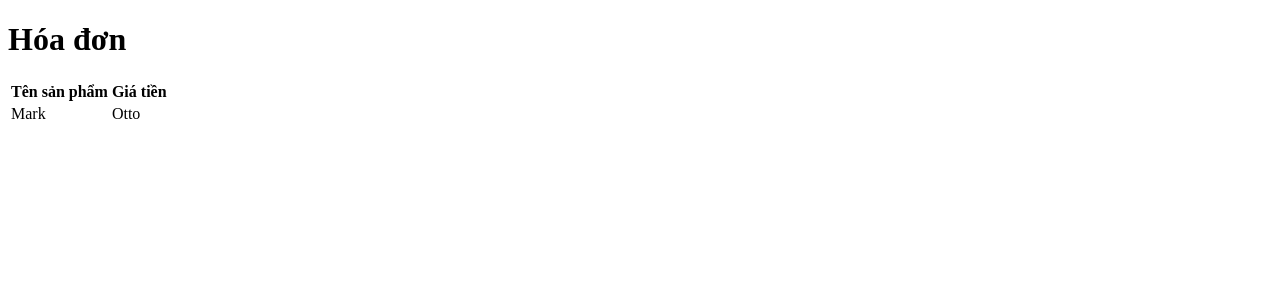
Repository: wuubangdev/bookstore-servlet-jsp
Page: http://localhost/Bai20_JSPCoban_TrangMuaHang/datMuaMayTinh.jsp
The author's editor kept a copy of each file at every save. The page is drawn from the files as they stood at one save, then again after the next save.
The browser window is 1280 px wide. The pictures show the whole page.
The page is served by Tomcat 9.

Above is the page before, as saved 2024-03-19 03:33:15.

### Bai20_JSPCoban_TrangMuaHang/src/main/webapp/datMuaMayTinh.jsp
<%@ page language="java" contentType="text/html; charset=UTF-8"
    pageEncoding="UTF-8"%>
<!DOCTYPE html>
<html>
<head>
<meta charset="UTF-8">
<title>Dat Mua May Tinh</title>
</head>
<body>
	<%
		String processor = request.getParameter("processor");
		String ram = request.getParameter("ram");
		String monitor = request.getParameter("monitor");
		String[] accessories = request.getParameterValues("accessories");

		double totalPrice = 0;
		double processorPrice = 0;
		double ramPrice = 0;
		double monitorPrice = 0;
		double accessoriesPrice = 0;

		if (processor!=null) {
			if(processor.equals("corei9")) {
				processorPrice += 200;
			} else if(processor.equals("corei7")) {
				processorPrice += 150;
			} else if(processor.equals("corei5")) {
				processorPrice += 100;
			} else if(processor.equals("corei3")) {
				processorPrice += 50;
			}
		}

		if (ram!=null) {
			if(ram.equals("8G")) {
				ramPrice += 15;
			} else if(ram.equals("16G")) {
				ramPrice += 30;
			} else if(ram.equals("32G")) {
				ramPrice += 45;
			}
		}

		if (ram!=null) {
			if(ram.equals("24i")) {
				monitorPrice += 120;
			} else if(ram.equals("27i")) {
				monitorPrice += 180;
			} else if(ram.equals("32i")) {
				monitorPrice += 240;
			}
		}

		if(accessories!=null) {
			for (String chooses: accessories) {
				if(chooses.equals("1")) {
					accessoriesPrice += 80;
				}
				if(chooses.equals("2")) {
					accessoriesPrice += 250;
				}
				if(chooses.equals("3")) {
					accessoriesPrice += 180;
				}
				if(chooses.equals("4")) {
					accessoriesPrice += 45;
				}
			}
		}
		totalPrice = accessoriesPrice + monitorPrice +ramPrice + processorPrice;
	%>
	<h1>Hóa đơn</h1>
	<div class="container" style="width: 720px">
		<table class="table">
		  <thead>
		    <tr>
		      <th scope="col">Tên sản phẩm</th>
		      <th scope="col">Giá tiền</th>
		    </tr>
		  </thead>
		  <tbody>
		  	<%if(processor!=null) %>
		    <tr>
		      <td>Mark</td>
		      <td>Otto</td>
		    </tr>
		  </tbody>
		</table>
	</div>
</body>
</html>

After the next save:
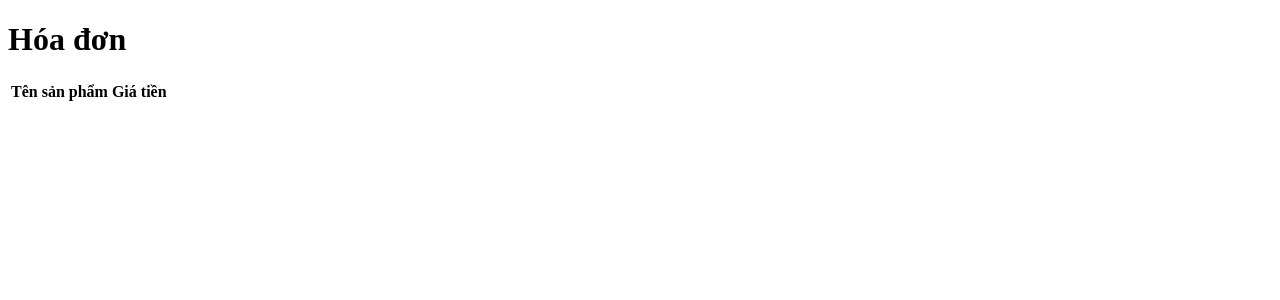
Saved 30 s later.
--- a/Bai20_JSPCoban_TrangMuaHang/src/main/webapp/datMuaMayTinh.jsp
+++ b/Bai20_JSPCoban_TrangMuaHang/src/main/webapp/datMuaMayTinh.jsp
@@ -79,11 +79,12 @@
 		    </tr>
 		  </thead>
 		  <tbody>
-		  	<%if(processor!=null) %>
+		  	<%if(processor!=null){ %>
 		    <tr>
 		      <td>Mark</td>
 		      <td>Otto</td>
 		    </tr>
+		    <%} %>
 		  </tbody>
 		</table>
 	</div>
